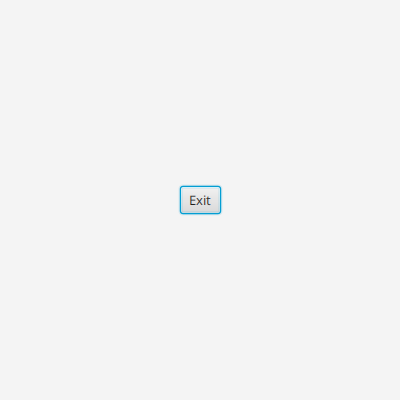
Repository: quasio007/AllMyWork
Program's window: java workspace/JavaFX/src/application/Main.java
These files come from the project's save history. The program's window is drawn as it stood at one moment and after the next save; the edit follows.
It runs on Java 21 on a 1366 x 768 screen with JavaFX 11; the title bar is not drawn.

Above is the program's window before, as saved 2017-05-17 15:33:52.

After the next save:
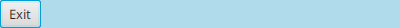
Saved 78 s later.
--- a/workspace/JavaFX/src/application/Main.java
+++ b/workspace/JavaFX/src/application/Main.java
@@ -38,12 +38,13 @@
 
 //			Set layout:
 			StackPane stack = new StackPane();
-//			BorderPane
+			BorderPane border = new BorderPane();
 //			Add components to layout:
 			stack.getChildren().add(exit);
 
 //			Create a scene and add the layout having components into it:
-			Scene scene = new Scene(stack, 400, 400);
+			Scene scene = new Scene(stack);
+			Scene scene1 =new Scene(border);
 			// scene.getStylesheets().add(getClass().getResource("application.css").toExternalForm());
 //			Add Scene to Stage:
 			primaryStage.setScene(scene);

After the save that followed:
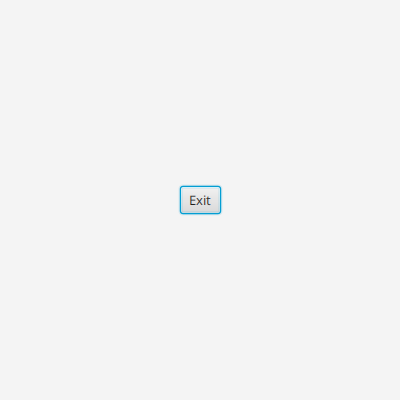
Saved 25 s later.
--- a/workspace/JavaFX/src/application/Main.java
+++ b/workspace/JavaFX/src/application/Main.java
@@ -43,7 +43,7 @@
 			stack.getChildren().add(exit);
 
 //			Create a scene and add the layout having components into it:
-			Scene scene = new Scene(stack);
+			Scene scene = new Scene(stack, 400, 400);
 			Scene scene1 =new Scene(border);
 			// scene.getStylesheets().add(getClass().getResource("application.css").toExternalForm());
 //			Add Scene to Stage:
